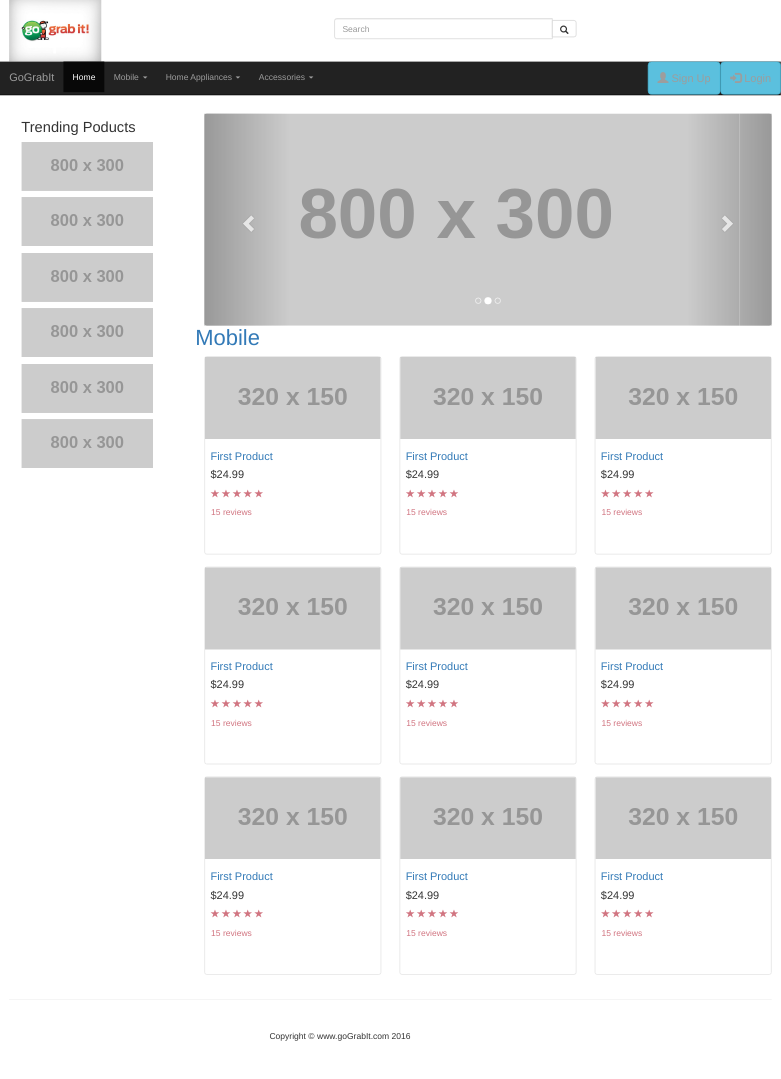
Repository: SixNullPointers/finaltemp
Page: http://localhost/Copy_of_ProductReviewer/category.jsp
An editor plug-in stored every save of this project. The page is shown before and after the next save, followed by the edit.
The browser window is 1280 px wide. The pictures show the whole page, at 61% of full size.
The page is served by Tomcat 9. Other server files are loaded and not shown.

Above is the page before, as saved 2016-01-22 15:10:00.

### Copy of ProductReviewer/src/main/webapp/category.jsp
<%@ page language="java" contentType="text/html; charset=ISO-8859-1"
    pageEncoding="ISO-8859-1"%>
<!DOCTYPE html PUBLIC "-//W3C//DTD HTML 4.01 Transitional//EN" "http://www.w3.org/TR/html4/loose.dtd">
<html>
<head>
<meta http-equiv="Content-Type" content="text/html; charset=ISO-8859-1">

<meta charset="utf-8">
    <meta http-equiv="X-UA-Compatible" content="IE=edge">
    <meta name="viewport" content="width=device-width, initial-scale=1">
    <meta name="description" content="">
    <meta name="author" content="">

    <title>Catagory</title>

    <!-- Bootstrap Core CSS -->
    <link href="css/bootstrap.min.css" rel="stylesheet">

    <!-- Custom CSS -->
    <link href="css/shop-homepage.css" rel="stylesheet">

    <!-- HTML5 Shim and Respond.js IE8 support of HTML5 elements and media queries -->
    <!-- WARNING: Respond.js doesn't work if you view the page via file:// -->
    <!--[if lt IE 9]>
        <script src="https://oss.maxcdn.com/libs/html5shiv/3.7.0/html5shiv.js"></script>
        <script src="https://oss.maxcdn.com/libs/respond.js/1.4.2/respond.min.js"></script>
    <![endif]-->

</head>
<body>
<script>
  window.fbAsyncInit = function() {
    FB.init({
      appId      : '1098991976802112',
      xfbml      : true,
      version    : 'v2.5'
    });
  };

  (function(d, s, id){
     var js, fjs = d.getElementsByTagName(s)[0];
     if (d.getElementById(id)) {return;}
     js = d.createElement(s); js.id = id;
     js.src = "//connect.facebook.net/en_US/sdk.js";
     fjs.parentNode.insertBefore(js, fjs);
   }(document, 'script', 'facebook-jssdk'));
</script>
   <div id="myModalforSignup"class="modal fade">
              <div class="modal-dialog">
                     <div class="modal-content">

                           <!-- Header Section -->
                           <div class="modal-header">
                           <button type="button" class="close" data-dismiss="modal">&times;</button>
                                  <h2>Sign UP</h2>

                           </div>

                           <!-- Body Section -->
                           <div class="modal-body">
                                  <form class="form col-md-12">
				<input type="text" class="form-control input-lg" placeholder="First Name" required autofocus /><br>
				                         <input type="text" class="form-control input-lg" placeholder="Last Name" required   /><br>
				                         <input type="text" class="form-control input-lg" placeholder="User Name" required  /><br>
				                         <input type="text" class="form-control input-lg" placeholder="Contact No" required  /><br>
                                         <input type="text" class="form-control input-lg" placeholder="Email" required  /><br>
                                         <input type="password" class="form-control input-lg" placeholder="Password" required /><br>
                                          <input type="password" class="form-control input-lg" placeholder="Confirm Password" required /><br><br><br>

                                  </form>
                           </div>

                           <!-- Footer Section -->
                           <div class="modal-footer">
                                  <div class="col-md-12">
                                         <button class="btn btn-primary btn-lg btn-block">Sign Up</button>
                                  </div>
                           </div>
                     </div>
              </div>
       </div>



       <!-- Modal for sign in -->
   <div id="myModal"class="modal fade">
              <div class="modal-dialog">
                     <div class="modal-content">

                           <!-- Header Section -->
                           <div class="modal-header">
                           <button type="button" class="close" data-dismiss="modal">&times;</button>
                                  <h2>Please sign in</h2>
                                   <div class="fb-login-button" data-max-rows="1" data-size="large" data-show-faces="false" data-auto-logout-link="false"></div>
                           </div>

                           <!-- Body Section -->
                           <div class="modal-body">
                                  <form class="form col-md-12">

                                         <input type="text" class="form-control input-lg" placeholder="Email" required autofocus />
                                         <input type="password" class="form-control input-lg" placeholder="Password" required />

                                         <label class="checkbox"> <input type="checkbox"
                                                value="remember-me" /> Remember me
                                         </label>

                                         <button class="btn btn-primary btn-lg btn-block">Sign In</button>
                                  </form>
                           </div>

                           <!-- Footer Section -->
                           <div class="modal-footer">
                                  <div class="col-md-12">
                                         <span class="pull-left"><a href="#">Forgot Password?</a></span>
                                         <span><a href="#">Register</a></span>
                                  </div>
                           </div>
                     </div>
              </div>
       </div>

    <div class="container-fluid">
    <div class="row">

 	<div class="col-md-5">
    <img src="images/logo.png"width="30%" height="30%">
 	</div>
    <div class="col-md-4">
      <div class="input-group">
        <input type="search"  class="form-control" placeholder="Search">
        <div class="input-group-btn">
            <button type="submit" class="btn btn-default" >
                <span class="glyphicon glyphicon-search"></span>
            </button>
        </div>
    </div>
 	</div>
   <div class="col-md-3">

 	</div>

     </div>
    </div>
   <nav class="navbar navbar-inverse navbar-default navbar-static-top" role="navigation">
  <div class="container-fluid">
    <div class="navbar-header">
      <a class="navbar-brand" href="#">GoGrabIt</a>
    </div>
    <ul class="nav navbar-nav">
      <li class="active"><a href="#">Home</a></li>
     <li class="dropdown">
        <a class="dropdown-toggle" data-toggle="dropdown" href="#">Mobile
        <span class="caret"></span></a>
        <ul class="dropdown-menu">
          <li><a href="#">Page 1-1</a></li>
          <li><a href="#">Page 1-2</a></li>
          <li><a href="#">Page 1-3</a></li>
        </ul>
      </li>
       <li class="dropdown">
        <a class="dropdown-toggle" data-toggle="dropdown" href="#">Home Appliances
                <span class="caret"></span></a>
        <ul class="dropdown-menu">
          <li><a href="#">Page 2-1</a></li>
          <li><a href="#">Page 2-2</a></li>
          <li><a href="#">Page 2-3</a></li>
        </ul>
      </li>
      <li class="dropdown">
        <a class="dropdown-toggle" data-toggle="dropdown" href="#">Accessories
        <span class="caret"></span></a>
        <ul class="dropdown-menu">
          <li><a href="#">Page 3-1</a></li>
          <li><a href="#">Page 3-2</a></li>
          <li><a href="#">Page 3-3</a></li>
        </ul>
      </li>
    </ul>
    <ul class="nav navbar-nav navbar-right">
      <li><a href="#" class="btn btn-info btn-lg" data-toggle="modal" data-target="#myModalforSignup"  ><span class="glyphicon glyphicon-user"></span> Sign Up</a></li>
      <li><a class="btn btn-info btn-lg" data-toggle="modal" data-target="#myModal"  ><span class="glyphicon glyphicon-log-in"></span> Login</a></li>
    </ul>


  </div></nav>
    <!-- Page Content -->
    <div class="container-fluid">

        <div class="row">

            <div class="col-sm-3 col-lg-3 col-md-3">
                <p class="lead"></p>
                <div class="list-group"  style="margin-left: 20px;">
                <h3>Trending Poducts</h3>
                               <div class="item active" style="margin-top: 10px">
                                    <img src="http://placehold.it/800x300" alt="" width="80%" height="50%">
                                </div>
                                <div class="item">
                                    <img  src="http://placehold.it/800x300" alt=""width="80%" height="50%">
                                </div>
                                <div class="item">
                                    <img  src="http://placehold.it/800x300" alt=""width="80%" height="50%">
                                </div>
                                <div class="item">
                                    <img src="http://placehold.it/800x300" alt=""width="80%" height="50%">
                                </div>
                                <div class="item">
                                    <img  src="http://placehold.it/800x300" alt=""width="80%" height="50%">
                                </div>
                                <div class="item">
                                    <img  src="http://placehold.it/800x300" alt=""width="80%" height="50%">
                                </div>

                </div>
            </div>
       <div class="col-md-9">

        <div class="row carousel-holder">

                    <div class="col-md-12">
                        <div id="carousel-example-generic" class="carousel slide" data-ride="carousel">
                            <ol class="carousel-indicators">
                                <li data-target="#carousel-example-generic" data-slide-to="0" class="active"></li>
                                <li data-target="#carousel-example-generic" data-slide-to="1"></li>
                                <li data-target="#carousel-example-generic" data-slide-to="2"></li>
                            </ol>
                            <div class="carousel-inner">
                                <div class="item active">
                                    <img class="slide-image" src="http://placehold.it/800x300" alt="">
                                </div>
                                <div class="item">
                                    <img class="slide-image" src="http://placehold.it/800x300" alt="">
                                </div>
                                <div class="item">
                                    <img class="slide-image" src="http://placehold.it/800x300" alt="">
                                </div>
                            </div>
                            <a class="left carousel-control" href="#carousel-example-generic" data-slide="prev">
                                <span class="glyphicon glyphicon-chevron-left"></span>
                            </a>
                            <a class="right carousel-control" href="#carousel-example-generic" data-slide="next">
                                <span class="glyphicon glyphicon-chevron-right"></span>
                            </a>
                        </div>
                    </div>

                </div>








            <div class="row">
           <a href="#"><h1>Mobile</h1></a>
            </div>
              <div class="row">
                    <div class="col-sm-4 col-lg-4 col-md-4">
                        <div class="thumbnail">
                            <img src="http://placehold.it/320x150" alt="">
                            <div class="caption">
                                <h4><a href="#">First Product</a></h4>
                                <h4>$24.99</h4>
                            </div>
                            <div class="ratings">

                                <p>
                                    <span class="glyphicon glyphicon-star"></span>
                                    <span class="glyphicon glyphicon-star"></span>
                                    <span class="glyphicon glyphicon-star"></span>
                                    <span class="glyphicon glyphicon-star"></span>
                                    <span class="glyphicon glyphicon-star"></span>
                                </p>
                                 <p>15 reviews</p>
                            </div>
                        </div>
                    </div>

                     <div class="col-sm-4 col-lg-4 col-md-4">
                        <div class="thumbnail">
                            <img src="http://placehold.it/320x150" alt="">
                            <div class="caption">
                                <h4><a href="#">First Product</a></h4>
                                <h4>$24.99</h4>
                            </div>
                            <div class="ratings">

                                <p>
                                    <span class="glyphicon glyphicon-star"></span>
                                    <span class="glyphicon glyphicon-star"></span>
                                    <span class="glyphicon glyphicon-star"></span>
                                    <span class="glyphicon glyphicon-star"></span>
                                    <span class="glyphicon glyphicon-star"></span>
                                </p>
                                 <p>15 reviews</p>
                            </div>
                        </div>
                    </div>
                    <div class="col-sm-4 col-lg-4 col-md-4">
                        <div class="thumbnail">
                            <img src="http://placehold.it/320x150" alt="">
                            <div class="caption">
                                <h4><a href="#">First Product</a></h4>
                                <h4>$24.99</h4>
                            </div>
                            <div class="ratings">

                                <p>
                                    <span class="glyphicon glyphicon-star"></span>
                                    <span class="glyphicon glyphicon-star"></span>
                                    <span class="glyphicon glyphicon-star"></span>
                                    <span class="glyphicon glyphicon-star"></span>
                                    <span class="glyphicon glyphicon-star"></span>
                                </p>
                                 <p>15 reviews</p>
                            </div>
                        </div>
                    </div>
                </div>
              <div class="row">
					  <div class="col-sm-4 col-lg-4 col-md-4">
                        <div class="thumbnail">
                            <img src="http://placehold.it/320x150" alt="">
                            <div class="caption">
                                <h4><a href="#">First Product</a></h4>
                                <h4>$24.99</h4>
                            </div>
                            <div class="ratings">

                                <p>
                                    <span class="glyphicon glyphicon-star"></span>
                                    <span class="glyphicon glyphicon-star"></span>
                                    <span class="glyphicon glyphicon-star"></span>
                                    <span class="glyphicon glyphicon-star"></span>
                                    <span class="glyphicon glyphicon-star"></span>
                                </p>
                                 <p>15 reviews</p>
                            </div>
                        </div>
                    </div>

                    <div class="col-sm-4 col-lg-4 col-md-4">
                        <div class="thumbnail">
                            <img src="http://placehold.it/320x150" alt="">
                            <div class="caption">
                                 <h4><a href="#">First Product</a></h4>
                                <h4>$24.99</h4>
                            </div>
                            <div class="ratings">

                                <p>
                                    <span class="glyphicon glyphicon-star"></span>
                                    <span class="glyphicon glyphicon-star"></span>
                                    <span class="glyphicon glyphicon-star"></span>
                                    <span class="glyphicon glyphicon-star"></span>
                                    <span class="glyphicon glyphicon-star"></span>
                                </p>
                                 <p>15 reviews</p>
                            </div>
                        </div>
                    </div>

                    <div class="col-sm-4 col-lg-4 col-md-4">
                        <div class="thumbnail">
                            <img src="http://placehold.it/320x150" alt="">
                            <div class="caption">
                                 <h4><a href="#">First Product</a></h4>
                                <h4>$24.99</h4>
                            </div>
                            <div class="ratings">

                                <p>
                                    <span class="glyphicon glyphicon-star"></span>
                                    <span class="glyphicon glyphicon-star"></span>
                                    <span class="glyphicon glyphicon-star"></span>
                                    <span class="glyphicon glyphicon-star"></span>
                                    <span class="glyphicon glyphicon-star"></span>
                                </p>
                                 <p>15 reviews</p>
                            </div>
                        </div>
                    </div>

                </div>
              <div class="row">

                    <div class="col-sm-4 col-lg-4 col-md-4">
                        <div class="thumbnail">
                            <img src="http://placehold.it/320x150" alt="">
                            <div class="caption">

                                <h4><a href="#">First Product</a></h4>
                                <h4>$24.99</h4>

                            </div>
                            <div class="ratings">

                                <p>
                                    <span class="glyphicon glyphicon-star"></span>
                                    <span class="glyphicon glyphicon-star"></span>
                                    <span class="glyphicon glyphicon-star"></span>
                                    <span class="glyphicon glyphicon-star"></span>
                                    <span class="glyphicon glyphicon-star"></span>
                                </p>
                                 <p>15 reviews</p>
                            </div>
                        </div>
                    </div>

                   <div class="col-sm-4 col-lg-4 col-md-4">
                        <div class="thumbnail">
                            <img src="http://placehold.it/320x150" alt="">
                            <div class="caption">
                               <h4><a href="#">First Product</a></h4>
                                <h4>$24.99</h4>
                            </div>
                            <div class="ratings">

                                <p>
                                    <span class="glyphicon glyphicon-star"></span>
                                    <span class="glyphicon glyphicon-star"></span>
                                    <span class="glyphicon glyphicon-star"></span>
                                    <span class="glyphicon glyphicon-star"></span>
                                    <span class="glyphicon glyphicon-star"></span>
                                </p>
                                 <p>15 reviews</p>
                            </div>
                        </div>
                    </div>

                     <div class="col-sm-4 col-lg-4 col-md-4">
                        <div class="thumbnail">
                            <img src="http://placehold.it/320x150" alt="">
                            <div class="caption">
                                 <h4><a href="#">First Product</a></h4>
                                <h4>$24.99</h4>
                            </div>
                            <div class="ratings">

                                <p>
                                    <span class="glyphicon glyphicon-star"></span>
                                    <span class="glyphicon glyphicon-star"></span>
                                    <span class="glyphicon glyphicon-star"></span>
                                    <span class="glyphicon glyphicon-star"></span>
                                    <span class="glyphicon glyphicon-star"></span>
                                </p>
                                 <p>15 reviews</p>
                            </div>

                        </div>
                    </div>
                </div>
            </div>
                </div>
                </div>

    <!-- /.container -->

    <div class="container-fluid">

        <hr>

        <!-- Footer -->
        <footer>
            <div class="row">
                <div class="col-lg-4"></div>
                <div class="col-lg-4">
                    <p>Copyright &copy; www.goGrabIt.com 2016</p>
                </div>
                    <div class="col-lg-4"></div>
                 <!--  <div class="col-lg-4">
                    <h3>Contact Us</h3>
                    <h4>Sanket Jain</h4>
                    <h5>+91-86575784856</h5>
                    <h5>05178-260840</h5>
                </div> -->
                 <!--  <div class="col-lg-6">
                    <p>About Us</p>
                </div> -->
            </div>
        </footer>

    </div>
    <!-- /.container -->

    <!-- jQuery -->
    <script src="js/jquery.js"></script>

    <!-- Bootstrap Core JavaScript -->
    <script src="js/bootstrap.min.js"></script>


</body>
</html>

### Copy of ProductReviewer/src/main/webapp/css/shop-homepage.css
/*!
 * Start Bootstrap - Shop Homepage HTML Template (http://startbootstrap.com)
 * Code licensed under the Apache License v2.0.
 * For details, see http://www.apache.org/licenses/LICENSE-2.0.
 */

body {
   /*  padding-top: 60px;  *//* Required padding for .navbar-fixed-top. Remove if using .navbar-static-top. Change if height of navigation changes. */
}

.slide-image {
    width: 100%;

}


#pim{
  	width: 200px;
  	height: 300px;


}
#fridge{
  	width: 50%;
  	height: 70%;
	margin-left: 10%;

}

#pac{
  	width: 320px;
  	height: 100px;


}

.input-group
{
  padding-top: 30px;
}
.carousel-holder {
    margin-bottom: 30px;
    height: 20px;
}

.carousel-control,
.item {
    border-radius: 4px;
    margin-top: 10px;
}

.caption {
    height: 80px;
    overflow: hidden;
}

.caption h4 {
    white-space: nowrap;
}

.thumbnail img {
    width: 100%;
}

.ratings {
    padding-right: 10px;
    padding-left: 10px;
    color: #d17581;
    margin-bottom: 20%;
}

.thumbnail {
    padding: 0;

}

.thumbnail .caption-full {
    padding: 9px;
    color: #333;
}

footer {
    margin: 50px 0;
}

Loaded but not shown: Copy of ProductReviewer/src/main/webapp/css/bootstrap.min.css (library); Copy of ProductReviewer/src/main/webapp/js/jquery.js (library); Copy of ProductReviewer/src/main/webapp/js/bootstrap.min.js (library)

After the next save:
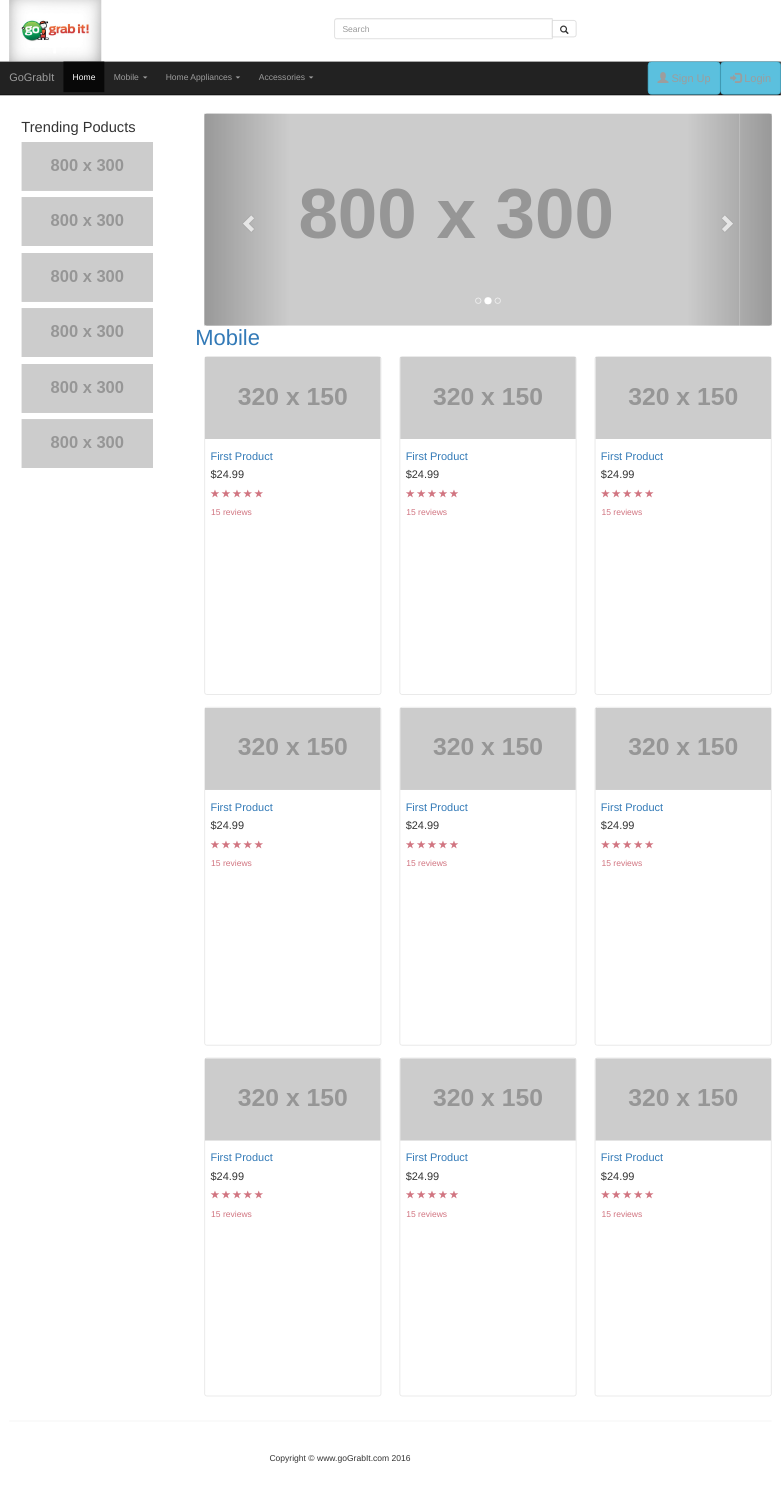
Saved 8 s later.
--- a/Copy of ProductReviewer/src/main/webapp/css/shop-homepage.css
+++ b/Copy of ProductReviewer/src/main/webapp/css/shop-homepage.css
@@ -66,7 +66,7 @@ body {
     padding-right: 10px;
     padding-left: 10px;
     color: #d17581;
-    margin-bottom: 20%;
+    margin-bottom: 100%;
 }
 
 .thumbnail {
